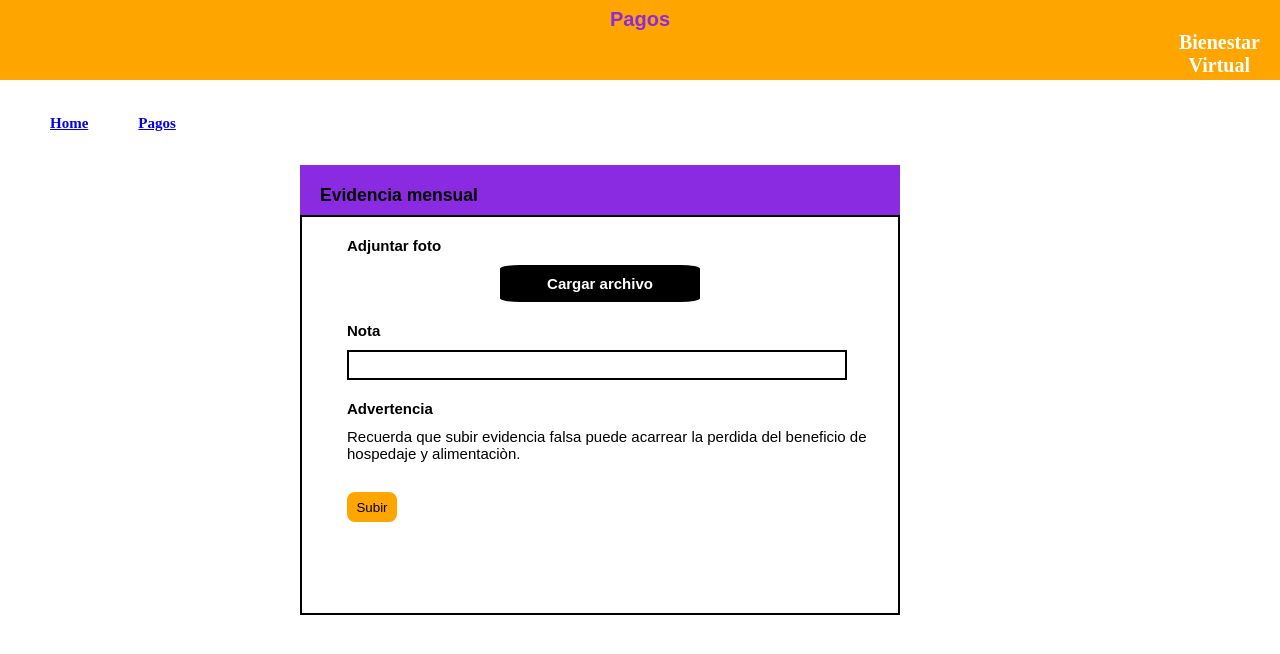
Repository: Diani123/Mis-actividades
Page: softwarebienestarinstitucional/pagos.html
These files come from the project's save history. The page is drawn as it stood at one moment and after the next save; the edit follows.
The browser window is 1280 px wide. The pictures show the whole page.

Above is the page before, as saved 2023-02-12 20:00:14.

After the next save:
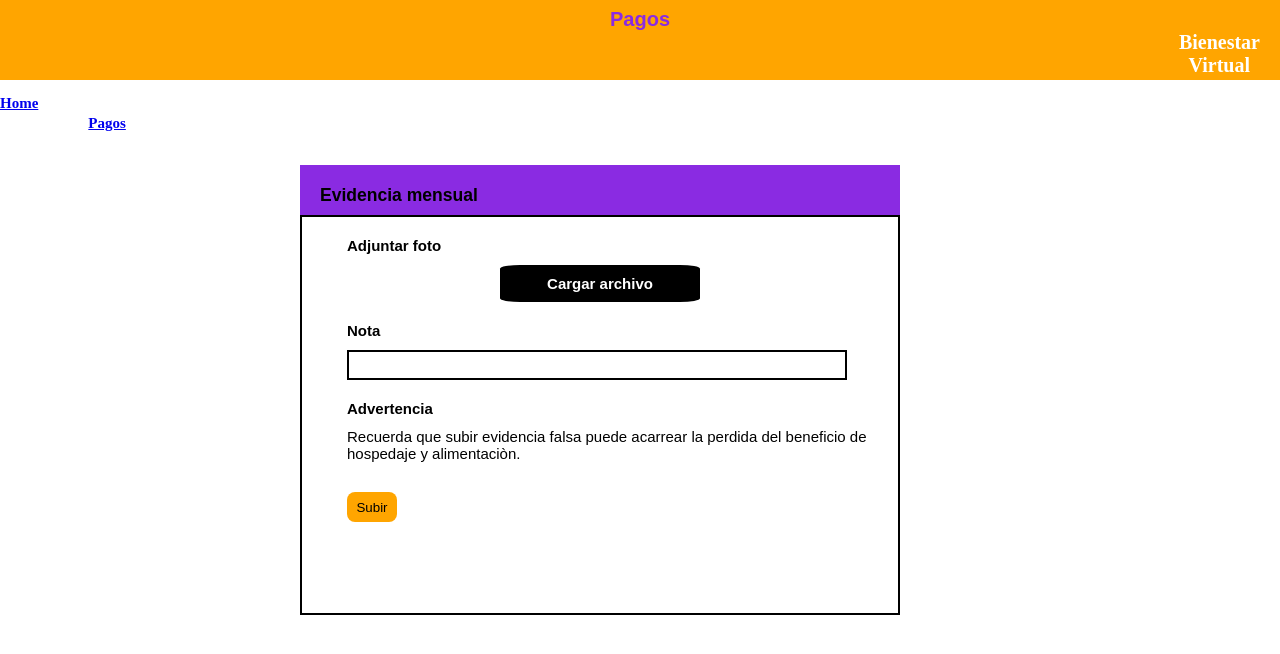
Saved 29 s later.
--- a/softwarebienestarinstitucional/pagos.html
+++ b/softwarebienestarinstitucional/pagos.html
@@ -16,7 +16,7 @@
       </div>
     </header>
     <div class="Items">
-      <a href="./home.html"><h2 class="item">Home</h2></a>
+      <a href="./home.html"><h2 class="item-title">Home</h2></a>
       <a href="./pagos.html"><h2 class="item">Pagos</h2></a>
     </div>
     <div class="ContainerT">
